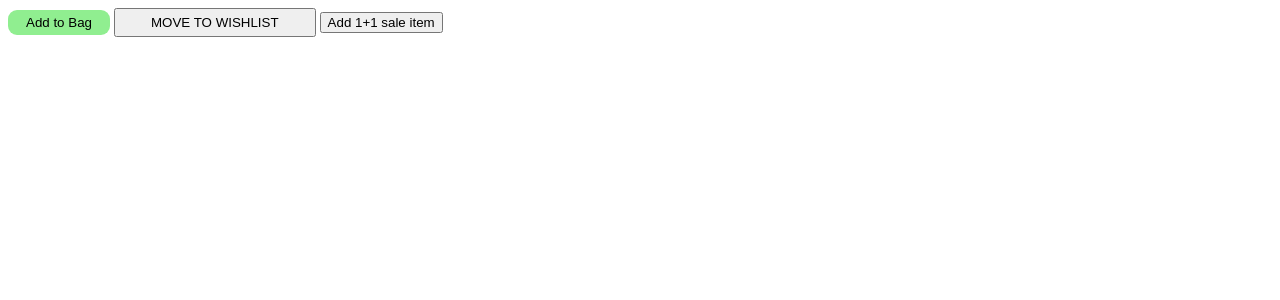
Repository: nihalani20/Learning-Js
Page: practice_set2/index.html
An editor plug-in stored every save of this project. The page is shown before and after a run of saves, followed by the edit.
The browser window is 1280 px wide. The pictures show the whole page.

Above is the page before, as saved 2023-12-09 12:25:50.

After the next 3 saves:
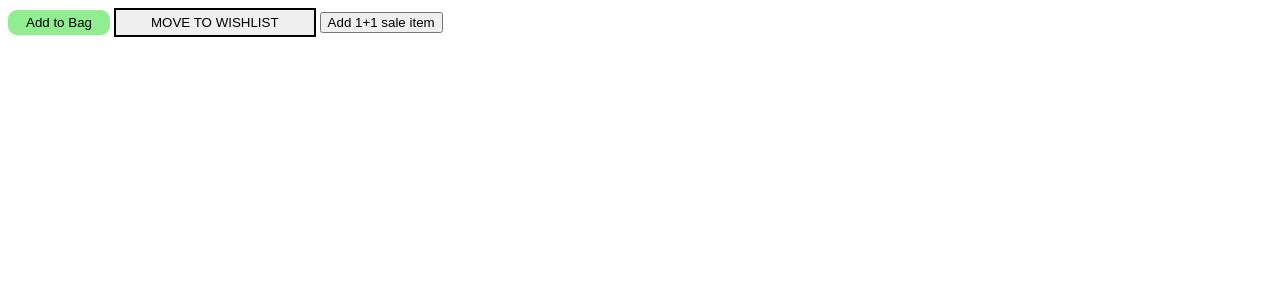
The 3 saves are shown as one change because they came seconds apart.
The last was saved 11 s later.
--- a/practice_set2/style.css
+++ b/practice_set2/style.css
@@ -8,5 +8,6 @@
 
 .wishlist{
   padding:5px 35px 5px 35px;
-  border
+  border:2px solid black;
+
 }
